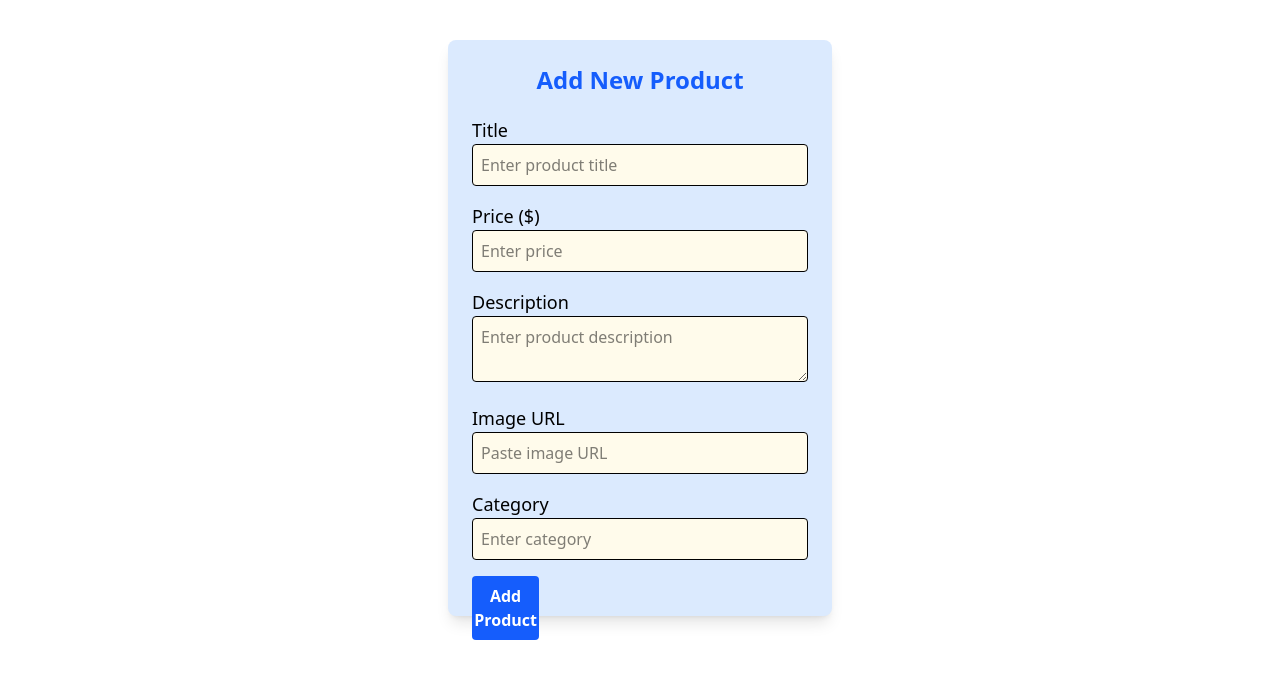
Repository: Habeebur1493/React-App
Page: /add-products
The author's editor kept a copy of each file at every save. The page is drawn from the files as they stood at one save, then again after the next save.
The browser window is 1280 px wide. The pictures show the whole page.
The page's requests for data from a server got no answer. The project was rebuilt for these pictures with package versions that can differ from the ones it lists, and the page was loaded fresh each time. No one was signed in, and anything a server would have sent is missing. Also part of the build but not shown: vite.config.js, src/Components/Login.jsx, src/Components/Nav.jsx, src/Components/Loading.jsx, src/Components/Home.jsx, src/Components/Details.jsx, src/Components/About.jsx, src/Components/Services.jsx and 2 more.

Above is the page before, as saved 2025-02-01 15:22:09.

After the next save:
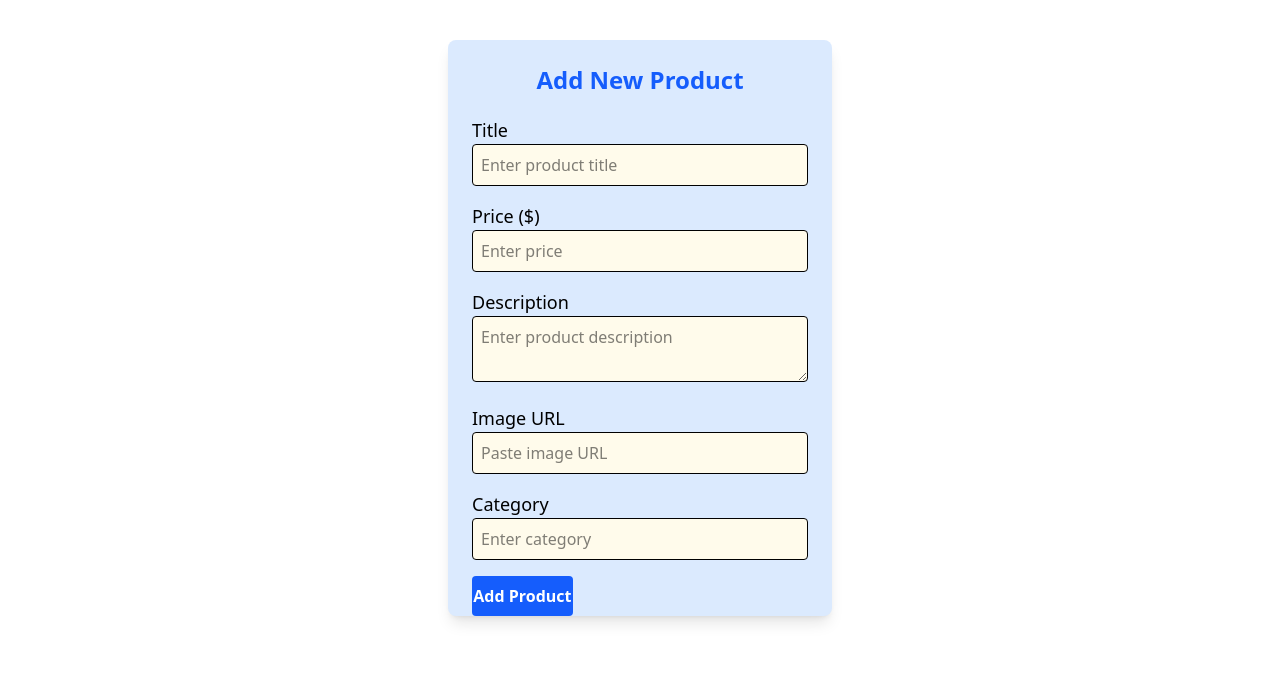
Saved 12 s later.
--- a/src/Components/Addproducts.jsx
+++ b/src/Components/Addproducts.jsx
@@ -124,7 +124,7 @@ const AddProduct = ({ selectedProduct, setSelectedProduct }) => {
 
         <button
           type='submit'
-          className='w-[20%] items-center bg-blue-600 hover:bg-blue-700 text-white font-bold py-2 rounded transition'
+          className='w-[30%] justify-center  bg-blue-600 hover:bg-blue-700 text-white font-bold py-2 rounded transition'
         >
           {selectedProduct ? "Update Product" : "Add Product"}
         </button>
